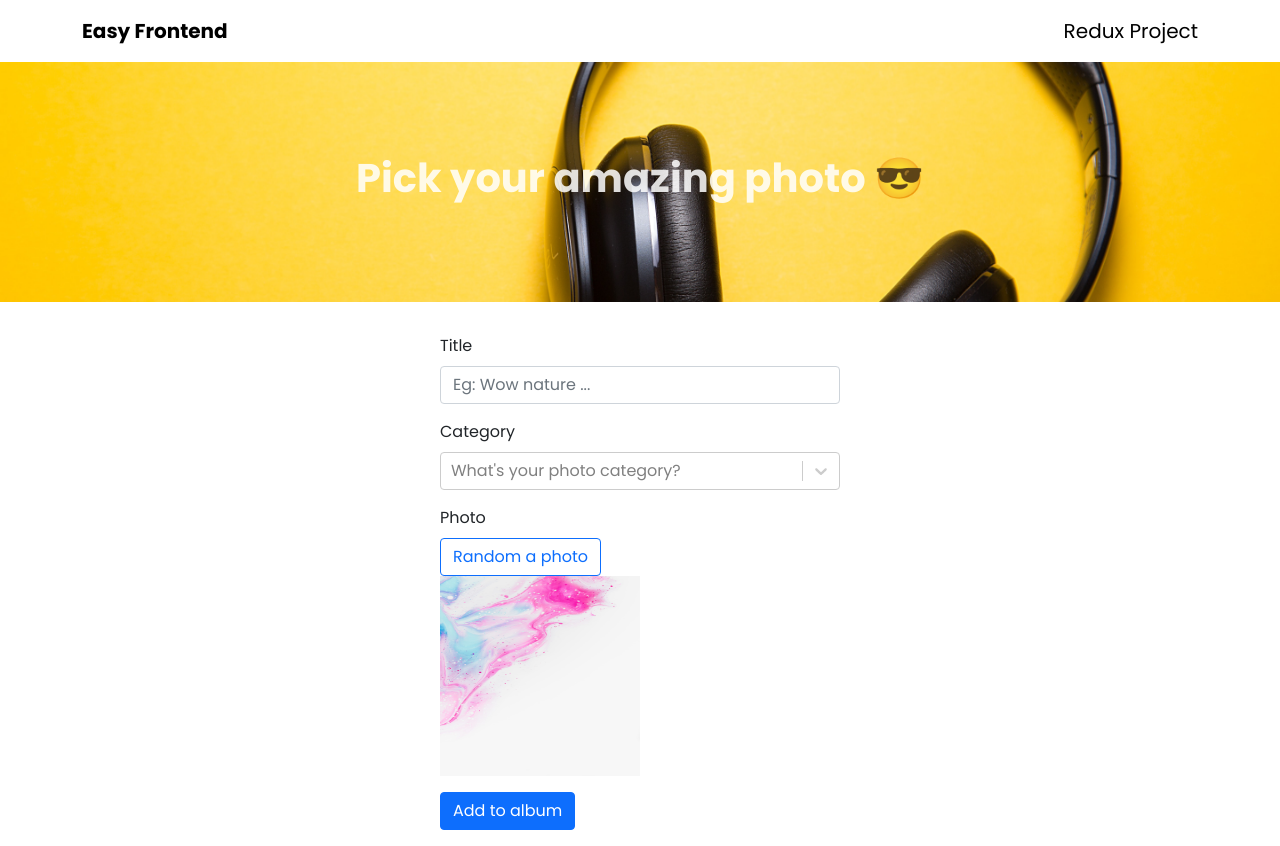
Repository: duckhai80/Redux-photo-app
Page: /photos/add
These files come from the project's save history. The page is drawn as it stood at one moment and after the next save; the edit follows.
The browser window is 1280 px wide. The pictures show the whole page.
The project was rebuilt for these pictures with package versions that can differ from the ones it lists, and the page was loaded fresh each time. Also part of the build but not shown: src/App.css, src/components/NotFound/index.jsx.

Above is the page before, as saved 2021-10-29 13:32:32.

After the next save:
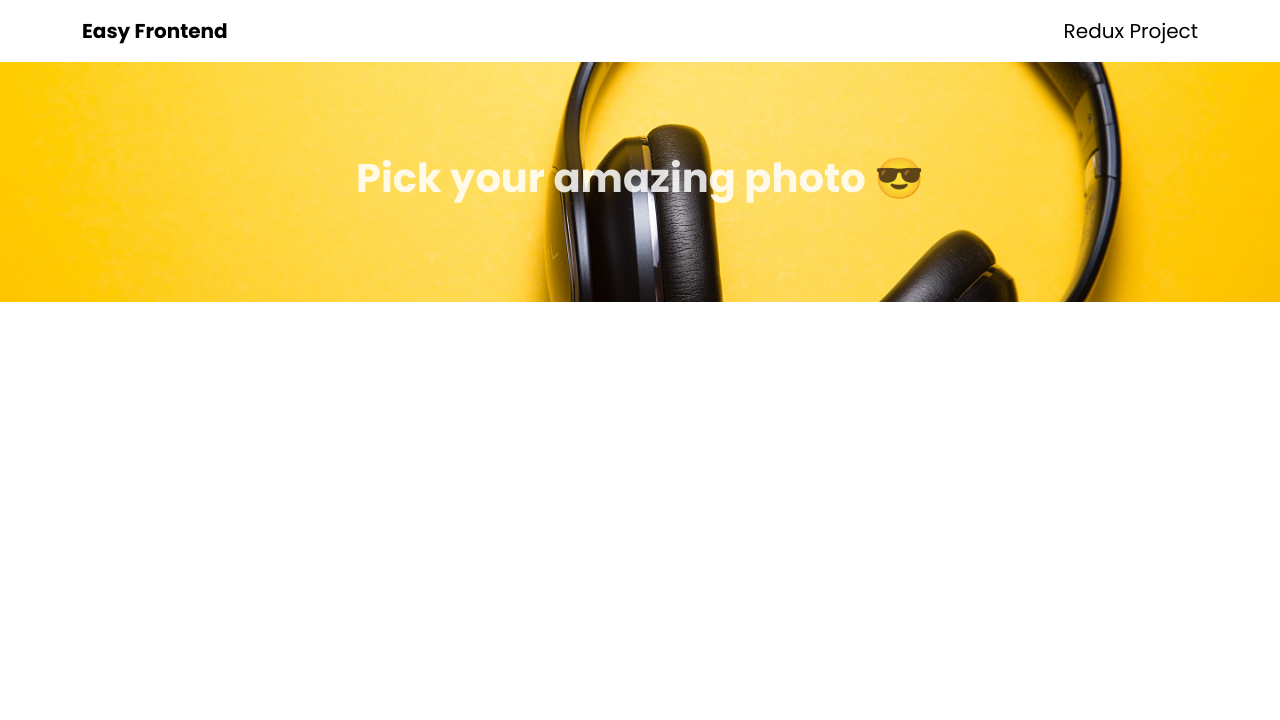
Saved 88 s later.
--- a/src/features/Photo/components/PhotoForm/index.jsx
+++ b/src/features/Photo/components/PhotoForm/index.jsx
@@ -1,5 +1,6 @@
 import { PHOTO_CATEGORY_OPTIONS } from "constants/global";
 import Images from "constants/images";
+import { Formik } from "formik";
 import PropTypes from "prop-types";
 import React from "react";
 import Select from "react-select";
@@ -14,46 +15,7 @@
 };
 
 function PhotoForm(props) {
-  return (
-    <Form>
-      <FormGroup>
-        <Label for="titleId">Title</Label>
-        <Input name="title" id="titleId" placeholder="Eg: Wow nature ..." />
-      </FormGroup>
-
-      <FormGroup>
-        <Label for="categoryId">Category</Label>
-        <Select
-          id="categoryId"
-          name="categoryId"
-          placeholder="What's your photo category?"
-          options={PHOTO_CATEGORY_OPTIONS}
-        />
-      </FormGroup>
-
-      <FormGroup>
-        <Label for="categoryId">Photo</Label>
-
-        <div>
-          <Button type="button" outline color="primary">
-            Random a photo
-          </Button>
-        </div>
-        <div>
-          <img
-            width="200px"
-            height="200px"
-            src={Images.COLORFUL_BG}
-            alt="colorful background"
-          />
-        </div>
-      </FormGroup>
-
-      <FormGroup>
-        <Button color="primary">Add to album</Button>
-      </FormGroup>
-    </Form>
-  );
+  return <Formik></Formik>;
 }
 
 export default PhotoForm;
